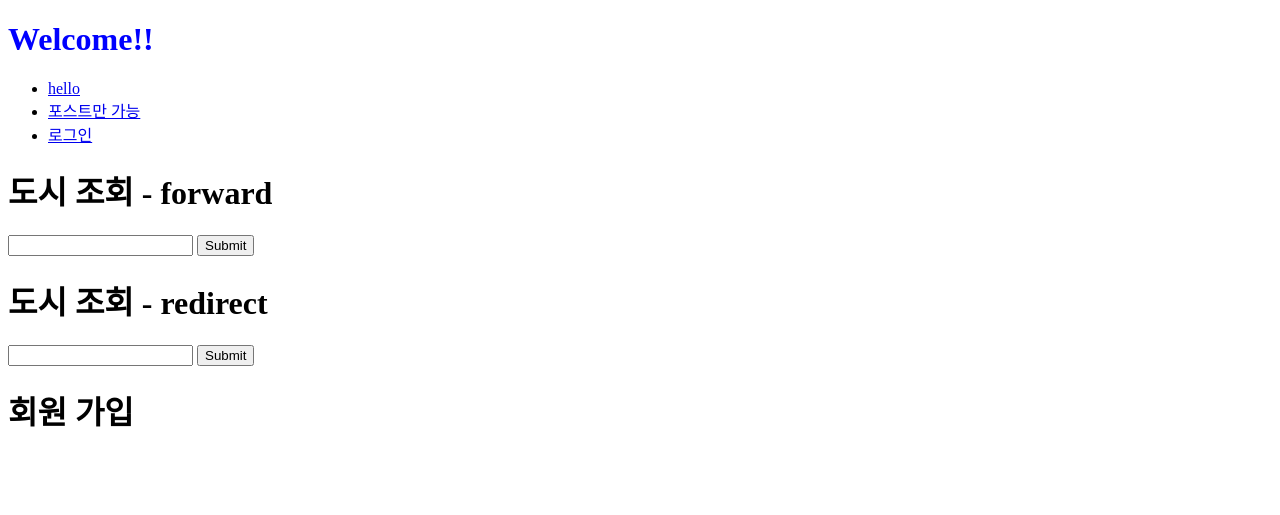
Repository: bgmun01/woorifisa_java
Page: http://localhost/jpa_2/WEB-INF/view/index.jsp
The author's editor kept a copy of each file at every save. The page is drawn from the files as they stood at one save, then again after a run of saves.
The browser window is 1280 px wide. The pictures show the whole page.
The page is served by Tomcat 10. Nobody is signed in. Other server files are loaded and not shown. The template is opened directly, without the code that normally fills it, so the values that code supplies are empty.

Above is the page before, as saved 2023-06-23 06:28:36.

### jpa_2/src/main/webapp/WEB-INF/view/index.jsp
<%@ page language="java" contentType="text/html; charset=UTF-8"
	pageEncoding="UTF-8"%>
<!DOCTYPE html>
<html>
<head>
<meta charset="UTF-8">
<title>Insert title here</title>
<link rel="stylesheet" href="/common.css">
</head>
<body>
	<h1 id="title">Welcome!!</h1>
	<ul>
		<li><a href="/hello?name=hong">hello</a>  <%--//이렇게 처음 요청이 오면 컨트롤러가 필요하다 --%>
		</li>
	<li>
		<a href="/onlypost"> 포스트만 가능 </a>
	</li>
	<li>
		<a href="/user/login"> 로그인 </a>
	</li>
	</ul>
	<h1>도시 조회 - forward</h1>
	<form method="get" action="/city/select">
		<input type="text" name="no"> <input type="submit">
	</form>

	<h1>도시 조회 - redirect</h1>
	<form method="get" action="/city/select2">
		<input type="text" name="no"> <input type="submit">
	</form>

	<h1>회원 가입</h1>
	<form action = "/user/join" method = "post">

	</form>

</body>
</html>

### jpa_2/src/main/resources/static/common.css
#title{
	color: blue;
}

After the next 2 saves:
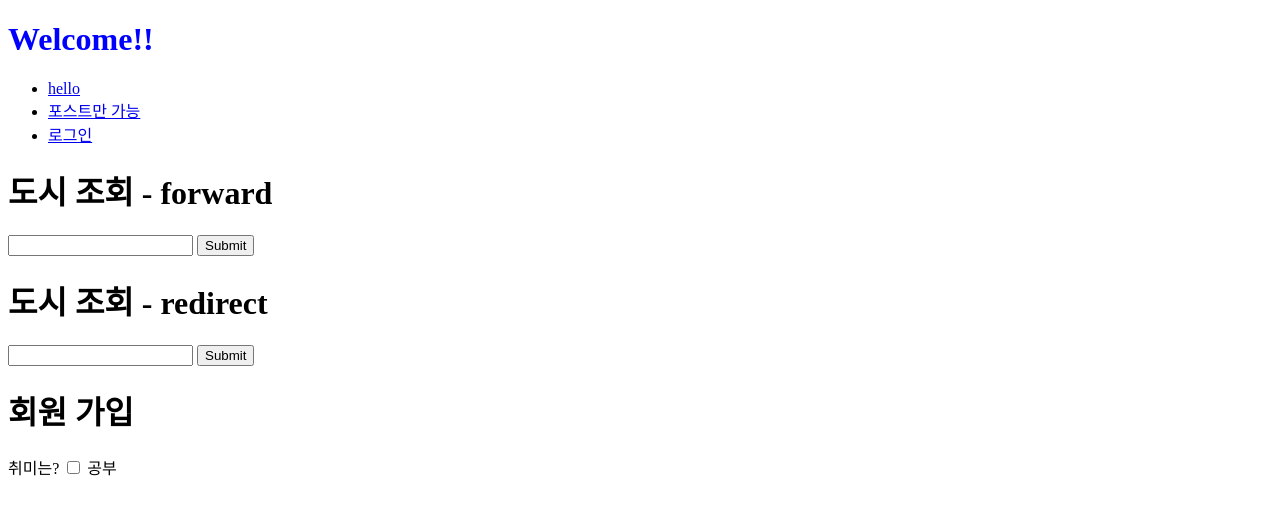
The 2 saves are shown as one change because they came seconds apart.
The last was saved 117 s later.
--- a/jpa_2/src/main/webapp/WEB-INF/view/index.jsp
+++ b/jpa_2/src/main/webapp/WEB-INF/view/index.jsp
@@ -10,14 +10,10 @@
 <body>
 	<h1 id="title">Welcome!!</h1>
 	<ul>
-		<li><a href="/hello?name=hong">hello</a>  <%--//이렇게 처음 요청이 오면 컨트롤러가 필요하다 --%>
+		<li><a href="/hello?name=hong">hello</a> <%--//이렇게 처음 요청이 오면 컨트롤러가 필요하다 --%>
 		</li>
-	<li>
-		<a href="/onlypost"> 포스트만 가능 </a>
-	</li>
-	<li>
-		<a href="/user/login"> 로그인 </a>
-	</li>
+		<li><a href="/onlypost"> 포스트만 가능 </a></li>
+		<li><a href="/user/login"> 로그인 </a></li>
 	</ul>
 	<h1>도시 조회 - forward</h1>
 	<form method="get" action="/city/select">
@@ -30,8 +26,10 @@
 	</form>
 
 	<h1>회원 가입</h1>
-	<form action = "/user/join" method = "post">
-
+	<form action="/user/join" method="post">
+		<label>취미는?</label>
+		<input type="checkbox" name="hobby" value = "study" id="study">
+		<label for = "study">공부</label>
 	</form>
 
 </body>
